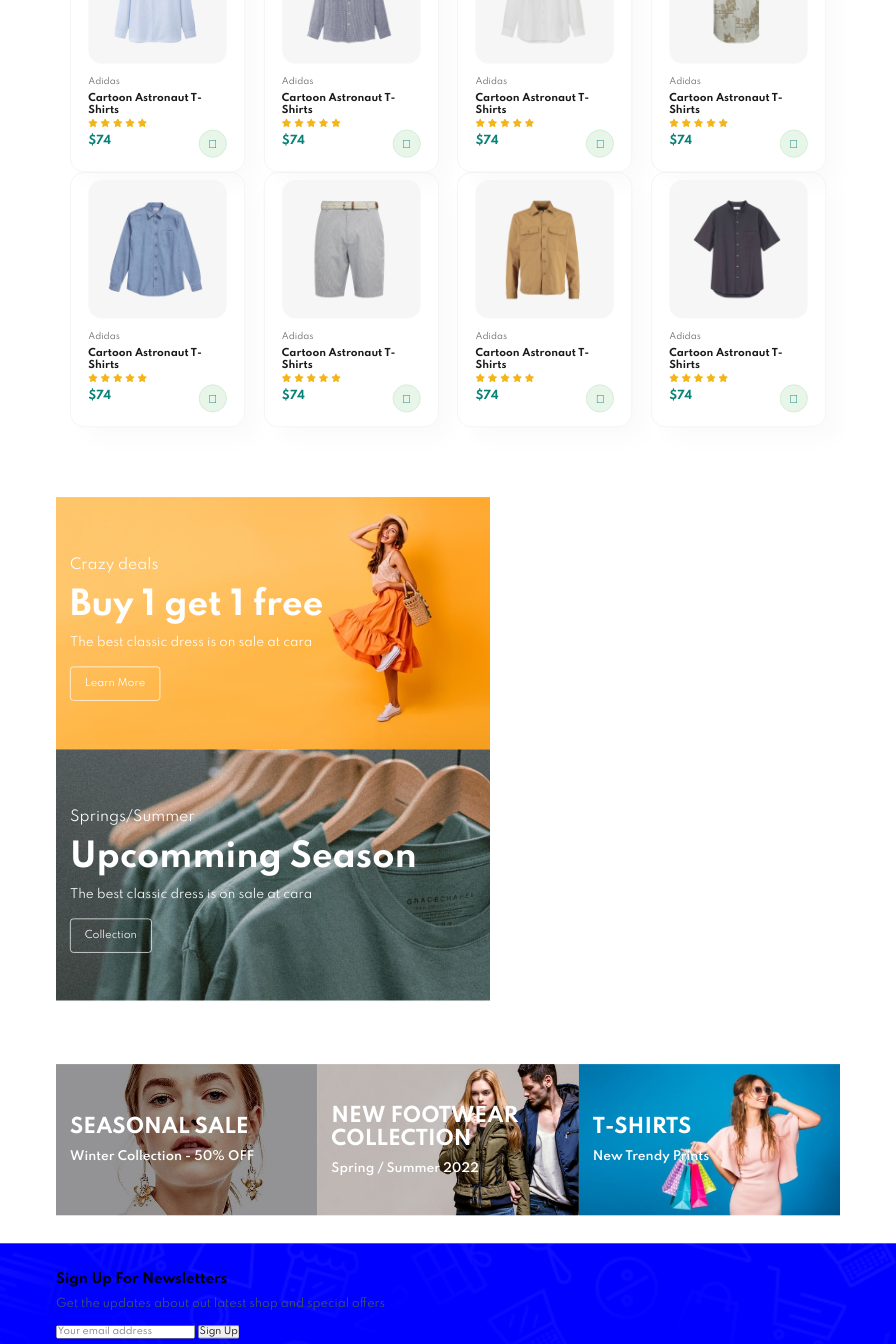
Repository: Daryllgio/E-Commerce-Website-UI
Page: index.html
These files come from the project's save history. The page is drawn as it stood at one moment and after the next save; the edit follows.
The browser window is 1280 px wide. The pictures show the part of the page from y = 2563 to 4483 px (the page is 4483 px tall), at 70% of full size.
Some web libraries are served in a nearby version.

Above is the page before, as saved 2025-01-01 00:24:32.

After the next save:
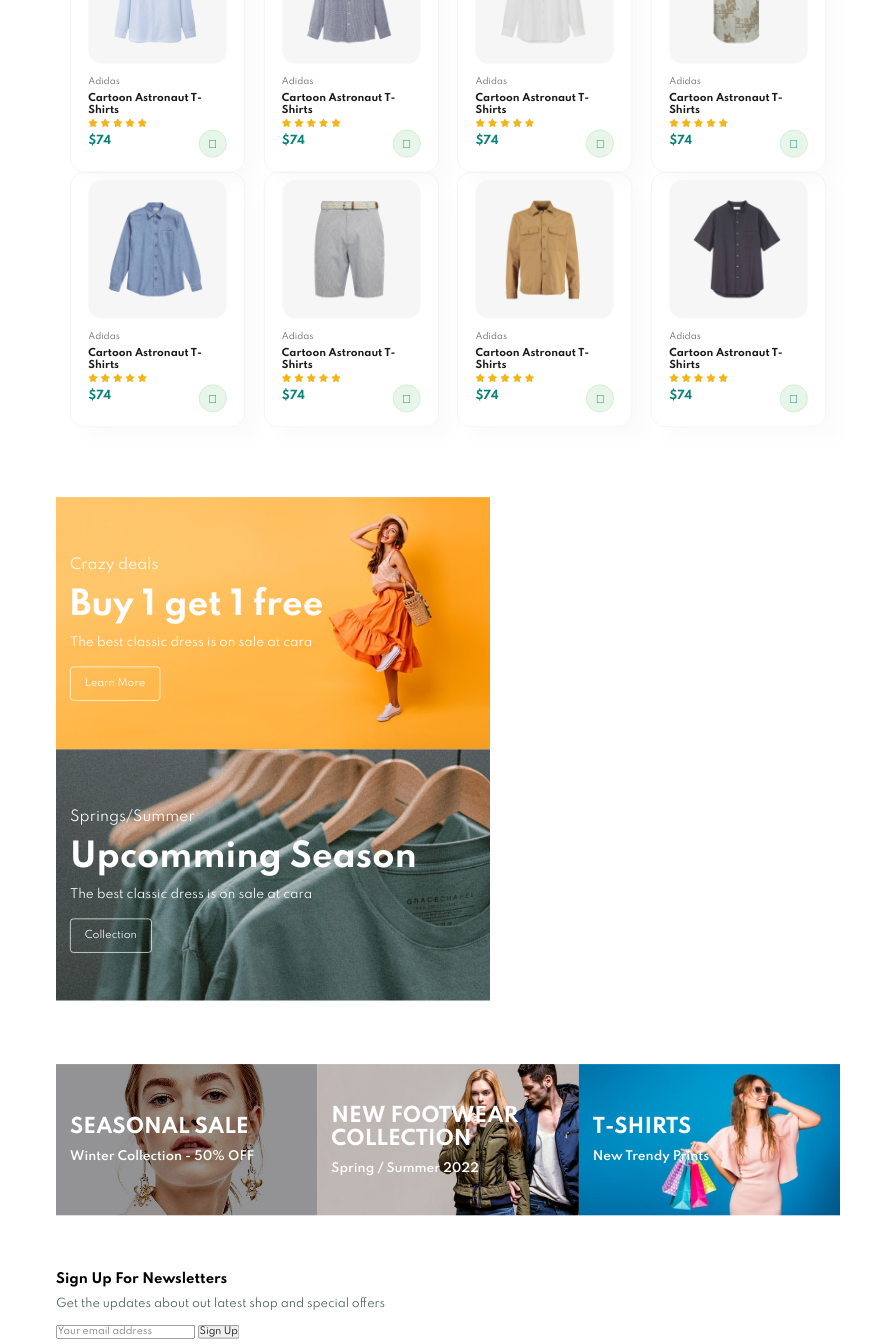
Saved 28 s later.
--- a/style.css
+++ b/style.css
@@ -406,5 +406,4 @@ body {
   width: 100%;
   background-size: cover;
   background-position: top 25% right 0;
-  background-color: blue;
-}
+}
